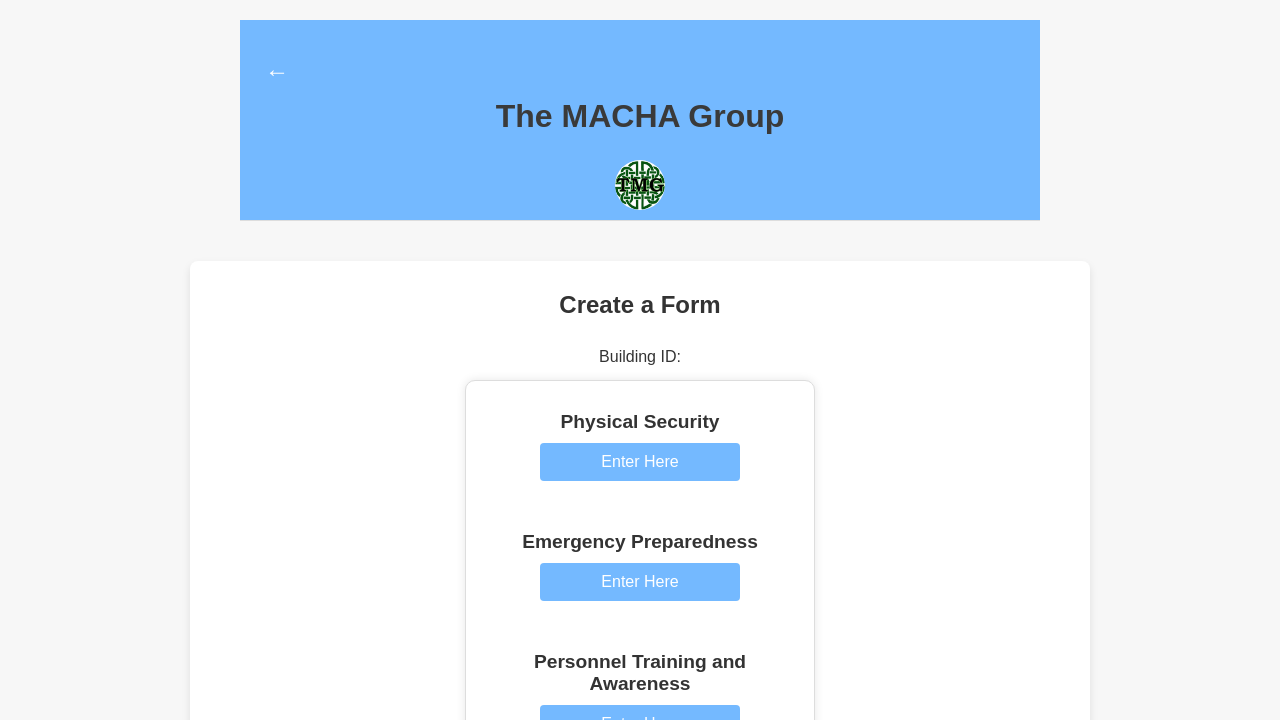
Repository: MachaGroup/MachaGroupIntegration
Page: /Form
The author's editor kept a copy of each file at every save. The page is drawn from the files as they stood at one save, then again after the next save.
The browser window is 1280 px wide. The pictures show the whole page.
An inner scrolling area shows only its first screen. The project was rebuilt for these pictures with package versions that can differ from the ones it lists, and the page was loaded fresh each time. Also part of the build but not shown: src/Screens/Login.js, src/Screens/MainScreen.js, src/Screens/AboutUs.js, src/Screens/FAQ.js, src/firebaseConfig.js, src/Screens/ContactUs.js, src/Screens/Settings.js, src/Screens/EditProfile.js and 301 more.

Above is the page before, as saved 2024-12-02 16:37:23.

### public/index.html
<!DOCTYPE html>
<html lang="en">
  <head>
    <meta charset="utf-8" />
    <link rel="icon" href="%PUBLIC_URL%/MachaLogo.png" />
    <meta name="viewport" content="width=device-width, initial-scale=1" />
    <meta name="theme-color" content="#000000" />
    <meta
      name="description"
      content="Web site created using create-react-app"
    />
    <link rel="apple-touch-icon" href="%PUBLIC_URL%/logo192.png" />
    <!--
      manifest.json provides metadata used when your web app is installed on a
      user's mobile device or desktop. See https://developers.google.com/web/fundamentals/web-app-manifest/
    -->
    <link rel="manifest" href="%PUBLIC_URL%/manifest.json" />
    <!--
      Notice the use of %PUBLIC_URL% in the tags above.
      It will be replaced with the URL of the `public` folder during the build.
      Only files inside the `public` folder can be referenced from the HTML.

      Unlike "/favicon.ico" or "favicon.ico", "%PUBLIC_URL%/favicon.ico" will
      work correctly both with client-side routing and a non-root public URL.
      Learn how to configure a non-root public URL by running `npm run build`.
    -->
    <title>Macha Group Web App</title>
  </head>
  <body>
    <noscript>You need to enable JavaScript to run this app.</noscript>
    <div id="root"></div>
    <!--
      This HTML file is a template.
      If you open it directly in the browser, you will see an empty page.

      You can add webfonts, meta tags, or analytics to this file.
      The build step will place the bundled scripts into the <body> tag.

      To begin the development, run `npm start` or `yarn start`.
      To create a production bundle, use `npm run build` or `yarn build`.
    -->
  </body>
</html>

### src/Screens/Login.css
/* Main container styling */
h1 {
  padding-bottom: 15px;
}

.logo{
  width: 300px;  /* Adjust size as needed */
  margin-bottom: 15px;  /* Spacing below the logo */
}
.login-container {
  display: flex;
  flex-direction: column;
  align-items: center;
  justify-content: center;
  height: 100vh;
  background-color: #f7f7f7;
  padding: 20px;
}
.password-container {
  position: relative;
  display: flex;
  align-items: center;
}

.password-container input {
  width: 100%;
  padding-right: 30px; /* Space for the eye icon */
}

.password-toggle {
  position: absolute;
  right: 10px;
  cursor: pointer;
  font-size: 1.2em;
  display: flex;
  align-items: center; /* Ensures icon centers vertically */
  height: 100%; /* Matches the height of the input for better alignment */
}


/* Form container */
form {
  display: flex;
  flex-direction: column;
  width: 350px; /* Increased width */
  background-color: #fff;
  padding: 30px; /* Increased padding */
  border: 1px solid #ddd;
  border-radius: 10px;
  box-shadow: 0 0 10px rgba(0, 0, 0, 0.1);
}

/* Form group */
.form-group {
  margin-bottom: 15px;
}

.form-group label {
  display: block;
  margin-bottom: 5px;
  color: #333;
}

.form-group input {
  width: 100%;
  padding: 10px;
  border: 1px solid #ccc;
  border-radius: 5px;
}

/* Button styling */
button {
  width: 100%;
  padding: 10px;
  background-color: #74b9ff;
  color: white;
  border: none;
  border-radius: 5px;
  cursor: pointer;
  font-size: 1em;
  margin-bottom: 10px; /* Spacing between buttons */
}

button:hover {
  background-color: #1b578c;
}

/* "or" text styling */
.or-text {
  text-align: center;
  color: #555;
  margin: 10px 0; /* Spacing between buttons */
  font-weight: bold;
}

/* Link and paragraph styling */
p {
  margin-top: 15px;
  color: #555;
  text-align: center;
}

a {
  color: #74b9ff;
  text-decoration: none;
}

a:hover {
  text-decoration: underline;
}

### src/Screens/FormInputPage.css
/* General Layout */
.form-page {
  display: flex;
  flex-direction: column;
  align-items: center;
  justify-content: flex-start;
  background-color: #f0f0f0;
  min-height: 100vh;
  padding: 20px;
  box-sizing: border-box;
}

/* Header Styling */
.header {
  display: flex;
  flex-direction: column;
  align-items: center;
  margin-bottom: 10px;
}

h1 {
  font-size: 2em;
  color: #333;
}

.logo {
  width: 50px;
  height: 50px;
  margin-top: 10px;
}

/* Back Button Styling */
.back-button-container {
  align-self: flex-start;
  margin-bottom: 20px;
}

.back-button {
  background: none;
  border: none;
  font-size: 2em;
  cursor: pointer;
  color: #333;
}

/* Form Container Styling */
.form-container {
  background-color: white;
  padding: 30px;
  border-radius: 8px;
  box-shadow: 0 4px 8px rgba(0, 0, 0, 0.1);
  width: 70%; /* Expanded to fit more screen width */
  max-width: 900px; /* Cap the width on large screens */
  box-sizing: border-box;
}

/* Form Sections */
.form-section {
  display: flex;
  flex-direction: column; /* Stack label above button */
  align-items: center; /* Center both the label and button */
  margin-bottom: 15px;
  width: 100%; /* Make sure the button takes the full container width */
}

.form-section label {
  font-size: 1em;
  color: #333;
  margin-bottom: 10px; /* Add space between the label and button */
  text-align: center; /* Center the label */
  width: 100%; /* Make the label take the full width */
}

/* Form Button Styling - Same as Save/Submit Buttons */
.form-button {
  width: 100%; /* Full width to match Save/Submit buttons */
  padding: 15px;
  background-color: #74b9ff; /* Matches Save/Submit buttons */
  color: white;
  border: none;
  border-radius: 4px;
  cursor: pointer;
  font-size: 1em;
  transition: background-color 0.3s ease;
}

.form-button:hover {
  background-color: #0984e3; /* Hover color */
}

/* Save Button Styling */
.save-button {
  width: 100%;
  padding: 15px;
  background-color: #74b9ff;
  color: white;
  border: none;
  border-radius: 4px;
  cursor: pointer;
  font-size: 1em;
  margin-top: 15px;
}

.save-button:hover {
  background-color: #0984e3;
}

/* Submit Button Styling */
.submit-button {
  width: 100%;
  padding: 15px;
  background-color: #74b9ff;
  color: white;
  border: none;
  border-radius: 4px;
  cursor: pointer;
  font-size: 1em;
  margin-top: 15px;
}

.submit-button:hover {
  background-color: #0984e3;
}

### src/Screens/MainScreen.css
/* Main container styling */
.main-container {
  display: flex;
  flex-direction: column;
  align-items: center;
  justify-content: flex-start; /* Adjusted to align content at the top */
  min-height: 100vh; /* Ensure full viewport height */
  background-color: #f7f7f7;
  padding: 0;
  width: 100vw; /* Full viewport width */
  box-sizing: border-box;
}

/* Header Styling */
.header {
  display: flex;
  justify-content: space-between; /* Align title to the left, logo to the right */
  align-items: center;
  width: 100%;
  padding: 20px;
  background-color: #b0d3e6; /* Light blue header background */
  box-sizing: border-box;
}

.header h1 {
  margin: 0;
  font-size: 2em;
  color: #3a3a3a;
}

/* Welcome message styling */
.welcome-message {
  margin: 20px 0;
  font-size: 1.5em;
  color: #555;
  text-align: center; /* Center the text */
}

/* Buttons styling */
.buttons-container {
  display: flex;
  flex-direction: column;
  gap: 15px;
}

.buttons-container button {
  width: 300px;
  padding: 15px;
  font-size: 1.2em;
  background-color: white;
  border: 2px solid #dcdcdc;
  border-radius: 10px;
  cursor: pointer;
  color: #3a3a3a;
  transition: background-color 0.3s, color 0.3s;
}

.buttons-container button:hover {
  background-color: #b0d3e6;
  color: #3a3a3a;
}

/* Footer styling */
footer {
  margin-top: 20px;
}

footer a {
  color: #777;
  text-decoration: none;
}
/* Main container styling */
.main-container {
  display: flex;
  flex-direction: column;
  align-items: center;
  justify-content: flex-start; /* Align content at the top */
  min-height: 100vh; /* Full viewport height */
  background-color: #f7f7f7;
  padding: 0;
  width: 100vw; /* Full viewport width */
  box-sizing: border-box;
}

/* Welcome message styling */
.welcome-message {
  margin: 20px 0;
  font-size: 1.5em;
  color: #555;
  text-align: center; /* Center the text */
}

/* Buttons styling */
.buttons-container {
  display: flex;
  flex-direction: column;
  gap: 15px; /* Space between buttons */
}

.buttons-container button {
  width: 300px;
  padding: 15px;
  font-size: 1.2em;
  background-color: white;
  border: 2px solid #dcdcdc;
  border-radius: 10px;
  cursor: pointer;
  color: #3a3a3a;
  transition: background-color 0.3s, color 0.3s;
}

.buttons-container button:hover {
  background-color: #b0d3e6;
  color: #3a3a3a;
}

/* Footer styling */
footer {
  margin-top: 20px;
}

footer a {
  color: #777;
  text-decoration: none;
}

### src/Screens/AboutUs.css
/* General Page Styling */
.about-page {
    background-color: white; /* Set the background color to white */
    min-height: 100vh;
    padding: 20px;
    box-sizing: border-box;
  }

  /* Header Styling */
  .header {
    display: flex;
    justify-content: space-between; /* Align title to the left, logo to the right */
    align-items: center;
    width: 100%;
    padding: 20px;
    background-color: #b0d3e6;
    border-bottom: 1px solid #ddd;
  }

  .title {
    font-size: 2em;
    color: #333;
    margin: 0;
  }

  .logo {
    width: 100px;
    height: 100px;
    border-radius: 50%;
  }


  /* About Container Styling */
  .about-container {
    background-color: white;
    padding: 20px;
    border-radius: 10px;
    box-shadow: 0px 4px 10px rgba(0, 0, 0, 0.1);
    width: 100%;
    max-width: 800px;
    margin: 20px auto; /* Center the about section */
  }

  .back-button {
    margin-top: 20px; /* Add space between header and back button */
    background: none;
    border: none;
    font-size: 2em;
    cursor: pointer;
    color: #333;
    padding: 5px 10px;
    text-align: left; /* Align button to the left */
    padding-left: 20px; /* Add padding to the left */
  }

  h2 {
    text-align: center;
    margin-bottom: 20px;
    color: #333;
  }

  .about-content h3 {
    margin-top: 15px;
    color: #333;
  }

  ul {
    list-style-type: none;
    padding-left: 0;
  }

  ul li {
    margin: 5px 0;
  }

  p {
    margin: 10px 0;
    color: #333;
    line-height: 1.6;
  }

  strong {
    font-weight: bold;
  }

### src/Screens/Settings.css
/* General Page Styling */
.settings-page {
    background-color: white;
    min-height: 100vh;
    display: flex;
    flex-direction: column;
    align-items: center;
    padding: 20px;
    box-sizing: border-box;
  }

  /* Header Styling */
  .header {
    display: flex;
    justify-content: space-between;
    align-items: center;
    width: 100%;
    padding: 10px;
    background-color: #b0d3e6;
    box-sizing: border-box;
  }

  .back-button {
    background: none;
    border: none;
    font-size: 1.5em;
    cursor: pointer;
    color: #333;
  }

  .title {
    font-size: 1.8em;
    color: #333;
    margin: 0;
  }

  /* Settings Container */
  .settings-container {
    width: 100%;
    max-width: 600px; /* Adjust to control the container width */
    display: flex;
    flex-direction: column;
    align-items: center;
    justify-content: flex-start; /* Align items to the top */
    margin-top: 20px;
  }

  /* Profile Picture Container */
  .profile-pic-container {
    display: flex;
    flex-direction: column;
    align-items: center;
    margin-bottom: 20px;
  }

  /* Profile Picture */
  .profile-pic {
    width: 100px;
    height: 100px;
    border-radius: 50%;
    border: 2px solid #ccc;
    object-fit: cover;
  }

  /* File Input Below the Image */
  .file-input {
    margin-top: 10px;
  }

  /* Settings Buttons */
  .settings-options {
    width: 100%; /* Full width */
    display: flex;
    flex-direction: column;
    gap: 15px; /* Add space between buttons */
  }

  .settings-button {
    padding: 10px;
    background-color: #74b9ff;
    border: 1px solid #ccc;
    border-radius: 5px;
    cursor: pointer;
    font-size: 1.2em;
    transition: background-color 0.3s;
  }

  .settings-button:hover {
    background-color: #1b578c;
  }

  /* Log out Link */
  .logout-link {
    margin-top: 30px;
    color: #007bff;
    text-decoration: none;
    font-size: 1.2em;
  }

  .logout-link:hover {
    text-decoration: underline;
  }

### src/Screens/Pricing.css
/* General Reset */
* {
    margin: 0;
    padding: 0;
    box-sizing: border-box;
  }

  /* Container */
  .pricing-container {
    width: 100%;
    text-align: center;
    padding: 20px;
  }

  /* Header */
  .header {
    display: flex;
    justify-content: space-between;
    align-items: center;
    padding: 15px;
    background-color: #b0d3e6;
  }

  .title {
    font-size: 2em;
    color: #333;
  }

  .logo {
    width: 100px;
    height: 100px;
  }

  .back-button {
    background: none;
    border: none;
    font-size: 1.8em;
    cursor: pointer;
    color: #333;
  }

  /* Pricing Plans */
  .pricing-plans {
    display: flex;
    justify-content: space-between;
    margin: 20px 0;
    flex-wrap: wrap;
  }

  .pricing-card {
    background-color: #f0f4f8;
    padding: 20px;
    width: 30%;
    border-radius: 10px;
    box-shadow: 0px 4px 8px rgba(0, 0, 0, 0.1);
    text-align: center;
  }

  .pricing-card h2 {
    font-size: 1.5em;
    margin-bottom: 10px;
  }

  .pricing-card h3 {
    font-size: 2em;
    margin-bottom: 10px;
  }

  .pricing-card ul {
    list-style: none;
    margin-bottom: 10px;
  }

  .pricing-card ul li {
    font-size: 1em;
    margin-bottom: 5px;
  }

  .get-started {
    background-color: #4CAF50;
    color: white;
    padding: 10px 15px;
    border: none;
    border-radius: 5px;
    cursor: pointer;
    transition: background-color 0.3s;
  }

  .get-started:hover {
    background-color: #45a049;
  }

  /* Comparison Table */
  .comparison-table {
    margin: 20px 0;
    overflow-x: auto; /* Add horizontal scrolling on small screens */
  }

  table {
    width: 100%;
    border-collapse: collapse;
    table-layout: fixed; /* Ensure table columns have equal width */
  }

  th, td {
    padding: 15px;
    border: 1px solid #ddd;
    text-align: center;
    white-space: nowrap; /* Prevent text from wrapping in table cells */
  }

  th {
    background-color: #f0f4f8;
    font-weight: bold;
  }

  td {
    background-color: #ffffff;
  }

  table th, table td {
    min-width: 120px; /* Set a minimum width for each column */
  }

  @media (max-width: 768px) {
    .pricing-plans {
      flex-direction: column; /* Stack plans vertically on small screens */
    }

    .pricing-card {
      width: 100%; /* Make pricing cards take full width on mobile */
      margin-bottom: 20px;
    }
  }

### src/Screens/PhysicalSecurity.css
/* General Page Styling */
.form-page {
    background-color: white;
    min-height: 100vh;
    display: flex;
    flex-direction: column;
    align-items: center;
    padding: 20px;
    box-sizing: border-box;
  }

  /* Header Styling */
  .header {
    display: flex;
    justify-content: space-between;
    align-items: center;
    width: 100%;
    padding: 10px;
    background-color: #b0d3e6;
    box-sizing: border-box;
  }

  .back-button {
    background: none;
    border: none;
    font-size: 1.5em;
    cursor: pointer;
    color: #333;
  }

  .title {
    font-size: 1.8em;
    color: #333;
    margin: 0;
  }

  /* Form Container Styling */
  .form-container {
    width: 100%;
    max-width: 600px;
    display: flex;
    flex-direction: column;
    align-items: center;
    margin-top: 20px;
  }

  /* Form Section Styling */
  .form-section {
    width: 100%;
    margin-bottom: 20px;
    display: flex;
    flex-direction: column;
    align-items: center;
  }

  .form-section label {
    font-size: 1.2em;
    margin-bottom: 10px;
    color: #333;
  }

  /* Button Styling */
  .form-button {
    width: 200px;
    padding: 10px;
    background-color: #4CAF50; /* Green background */
    color: white; /* White text */
    border: none;
    border-radius: 5px;
    cursor: pointer;
    font-size: 1em;
    transition: background-color 0.3s, transform 0.2s;
  }

  .form-button:hover {
    background-color: #45a049; /* Darker green on hover */
    transform: scale(1.05); /* Slightly enlarge on hover */
  }

### src/Screens/AccessControl.css
/* General Page Styling */
.form-page {
    background-color: white;
    min-height: 100vh;
    display: flex;
    flex-direction: column;
    align-items: center;
    padding: 20px;
    box-sizing: border-box;
  }

  /* Header Styling */
  .header {
    display: flex;
    justify-content: space-between;
    align-items: center;
    width: 100%;
    padding: 10px;
    background-color: #b0d3e6;
    box-sizing: border-box;
  }

  .back-button {
    background: none;
    border: none;
    font-size: 1.5em;
    cursor: pointer;
    color: #333;
  }

  .title {
    font-size: 1.8em;
    color: #333;
    margin: 0;
  }

  /* Form Container Styling */
  .form-container {
    width: 100%;
    max-width: 600px;
    display: flex;
    flex-direction: column;
    align-items: center;
    margin-top: 20px;
  }

  /* Form Section Styling */
  .form-section {
    width: 100%;
    margin-bottom: 20px;
    display: flex;
    flex-direction: column;
    align-items: center;
  }

  .form-section label {
    font-size: 1.2em;
    margin-bottom: 10px;
    color: #333;
  }

  /* Button Styling */
  .form-button {
    width: 200px;
    padding: 10px;
    background-color: #4CAF50; /* Green background */
    color: white; /* White text */
    border: none;
    border-radius: 5px;
    cursor: pointer;
    font-size: 1em;
    transition: background-color 0.3s, transform 0.2s;
  }

  .form-button:hover {
    background-color: #45a049; /* Darker green on hover */
    transform: scale(1.05); /* Slightly enlarge on hover */
  }

### src/Screens/CreateanAccount.css
/* Main container for the form */
.create-account-container {
  display: flex;
  flex-direction: column;
  align-items: center;
  padding: 20px;
  font-family: Arial, sans-serif;
}

/* Back button styling */
.back-button {
  align-self: flex-start;
  font-size: 24px;
  background: none;
  border: none;
  cursor: pointer;
  color: #333;
  margin-bottom: 10px;
}

/* Title styling */
.create-account-title {
  font-size: 32px;
  font-weight: bold;
  color: #4A79E8;
  margin-bottom: 20px;
}

/* Form styling */
.account-form {
  width: 100%;
  max-width: 500px;
  display: flex;
  flex-direction: column;
  align-items: center;
  border: 1px solid #ddd;
  padding: 20px;
  border-radius: 8px;
  background-color: #f9f9f9;
  box-shadow: 0px 4px 8px rgba(0, 0, 0, 0.1);
}

/* Grouping each input field with label */
.form-group {
  width: 100%;
  margin-bottom: 20px;
}

label {
  font-weight: bold;
  margin-bottom: 5px;
  display: block;
  color: #333;
}

input {
  width: 100%;
  padding: 10px;
  font-size: 16px;
  border: 1px solid #ddd;
  border-radius: 5px;
  box-sizing: border-box;
}

/* Styling for the address section */
.address-section {
  width: 100%;
  margin-top: 20px;
}

.address-section h3 {
  font-weight: bold;
  margin-bottom: 10px;
  color: #4A79E8;
}

/* Grid styling for the address input fields */
.address-inputs {
  display: grid;
  grid-template-columns: 1fr 1fr;
  gap: 15px;
  width: 100%;
}

/* Full-width button styling */
.create-account-button {
  width: 100%;
  padding: 10px;
  margin-top: 20px;
  background-color: #4A79E8;
  color: white;
  font-weight: bold;
  font-size: 18px;
  border: none;
  border-radius: 5px;
  cursor: pointer;
  transition: background-color 0.3s ease;
}

.create-account-button:hover {
  background-color: #3a5bb5;
}

/* Link styling */
.skip-link, .cancel-link {
  color: #4A79E8;
  text-decoration: none;
  margin-top: 10px;
  font-size: 14px;
  cursor: pointer;
}

.skip-link:hover, .cancel-link:hover {
  text-decoration: underline;
}

### src/Screens/ForgotPassword.css
/* General Layout */
.form-page {
    display: flex;
    flex-direction: column;
    align-items: center;
    justify-content: flex-start;
    background-color: #f7f7f7;
    min-height: 100vh;
    padding: 20px;
    box-sizing: border-box;
    font-family: Arial, sans-serif;
}

/* Header Styling */
.header {
    display: flex;
    align-items: center;
    justify-content: space-between; /* Space between back button and menu button */
    width: 100%;
    background-color: #74b9ff; /* Blue background color */
    color: white;
    padding: 10px 20px; /* Padding for spacing */
    box-sizing: border-box;
    position: relative; /* Ensure positioning for menu button */
}

h1 {
    font-size: 1.8em;
    color: white;
    margin: 0; /* Remove default margin */
    text-align: center;
    flex-grow: 1; /* Allow title to take space between buttons */
    position: relative;
}

/* Place logo below the title */
.logo {
    width: 50px;
    height: 50px;
    margin: 10px auto 0; /* Center and add spacing */
    display: block;
}

/* Navbar Styling */
.navbar {
    display: flex;
    align-items: center;
    position: absolute;
    top: 50%; /* Center vertically */
    right: 20px; /* Position in the top-right corner */
    transform: translateY(-50%); /* Center vertically */
}

.menu-button {
    display: flex;
    flex-direction: column;
    justify-content: space-between;
    width: 30px;
    height: 30px; /* Make the button a square */
    background: none;
    border: 1px solid white; /* Add a white border for the square appearance */
    border-radius: 4px; /* Optional for slightly rounded corners */
    cursor: pointer;
    outline: none;
    align-items: center; /* Center the lines horizontally */
    padding: 5px;
    box-sizing: border-box;
}

.menu-button div {
    width: 20px; /* Adjust the width of the lines */
    height: 3px; /* Adjust the thickness of the lines */
    background-color: white; /* White lines for contrast */
    border-radius: 2px;
    transition: transform 0.3s;
}

.menu {
    display: none;
    position: absolute;
    top: 40px; /* Below the button */
    right: 0;
    background-color: #fff;
    border: 1px solid #ddd;
    border-radius: 5px;
    box-shadow: 0 2px 5px rgba(0, 0, 0, 0.15);
    width: 200px;
    z-index: 1000;
}

.menu.open {
    display: block;
}

.menu ul {
    list-style: none;
    padding: 0;
    margin: 0;
}

.menu li {
    padding: 10px 15px;
    border-bottom: 1px solid #ddd;
    cursor: pointer;
}

.menu li:last-child {
    border-bottom: none;
}

.menu li a {
    color: black; /* Black font for dropdown items */
    text-decoration: none;
    display: block;
}

.menu li a:hover {
    background-color: #f4f4f4;
}

/* Back Button Styling */
.back-button-container {
    display: inline-flex; /* Ensures container does not take the full width */
    align-items: center;
    justify-content: center; /* Centers the back button inside */
    width: 5px; /* Prevent the container from taking the full width */
}

.back-button {
    background: none;
    border: none;
    font-size: 1.5em;
    cursor: pointer;
    color: white;
    padding: 5px; /* Ensure only 5px padding around the button */
    border-radius: 5px; /* Optional for rounded edges */
    transition: background-color 0.3s ease; /* Smooth transition for hover */
}

.back-button:hover {
    background-color: rgba(0, 0, 0, 0.1); /* Darkens only the button's area */
    color: #dfe6e9;
}


/* Responsiveness */
@media (max-width: 768px) {
    .header {
        flex-wrap: wrap;
    }

    h1 {
        font-size: 1.2em;
    }

    .logo {
        width: 40px; /* Adjust logo size for smaller screens */
    }
}

Loaded but not shown: src/index.js (common file); src/index.css (common file); src/reportWebVitals.js (common file); src/App.css (common file); src/App.js (746 lines, source omitted); src/Screens/FormInputPage.js (102 lines, source omitted); src/Context/BuildingContext.js (76 lines, source omitted); src/Screens/FormQuestions.css (159 lines, source omitted); src/Screens/SurveillanceSystems.css (181 lines, source omitted); src/Screens/ContactUs.css (136 lines, source omitted); src/Screens/FAQ.css (125 lines, source omitted)

After the next save:
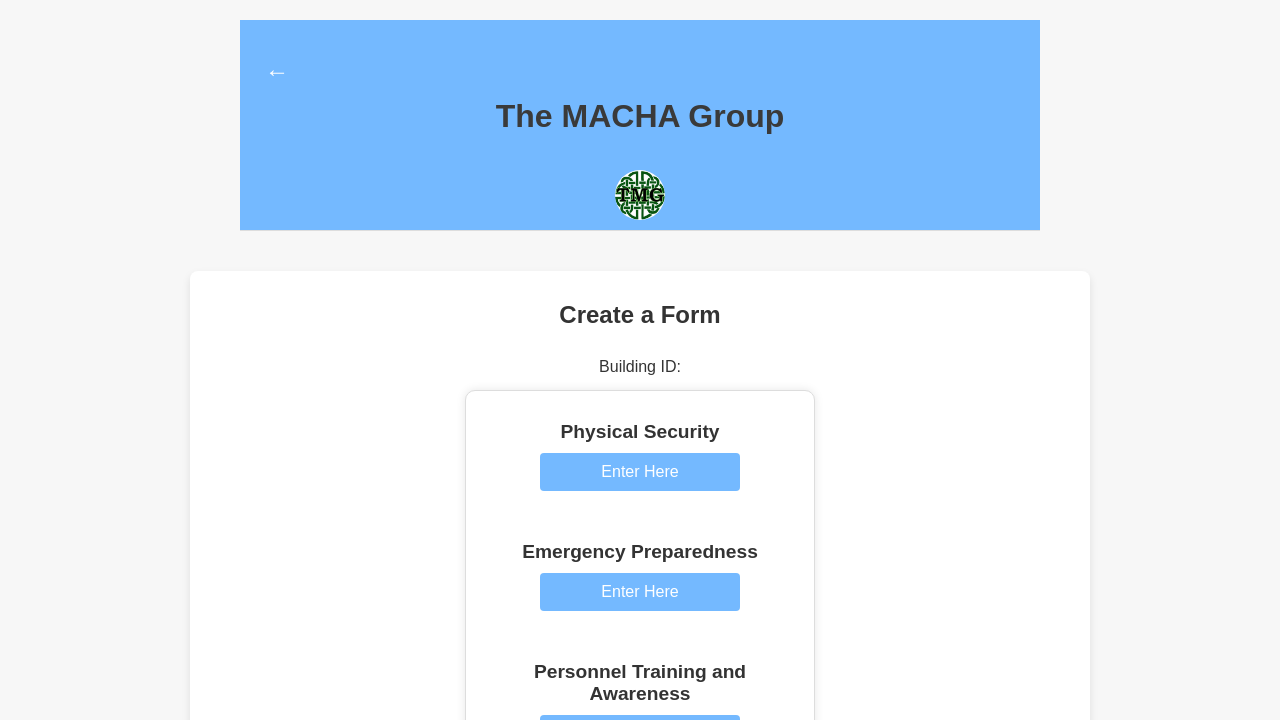
Saved 63 s later.
--- a/src/Screens/ForgotPassword.css
+++ b/src/Screens/ForgotPassword.css
@@ -37,7 +37,7 @@
 .logo {
     width: 50px;
     height: 50px;
-    margin: 10px auto 0; /* Center and add spacing */
+    margin: 20px auto 0; /* Center and add spacing */
     display: block;
 }
 
